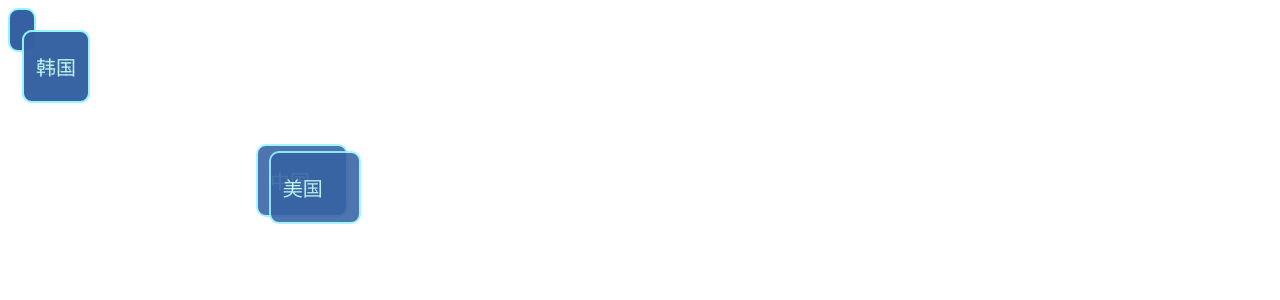
Repository: chjyume/zhongyi
Page: test.html
These files come from the project's save history. The page is drawn as it stood at one moment and after the next save; the edit follows.
The browser window is 1280 px wide. The pictures show the whole page.

Above is the page before, as saved 2023-06-29 10:10:47.

After the next save:
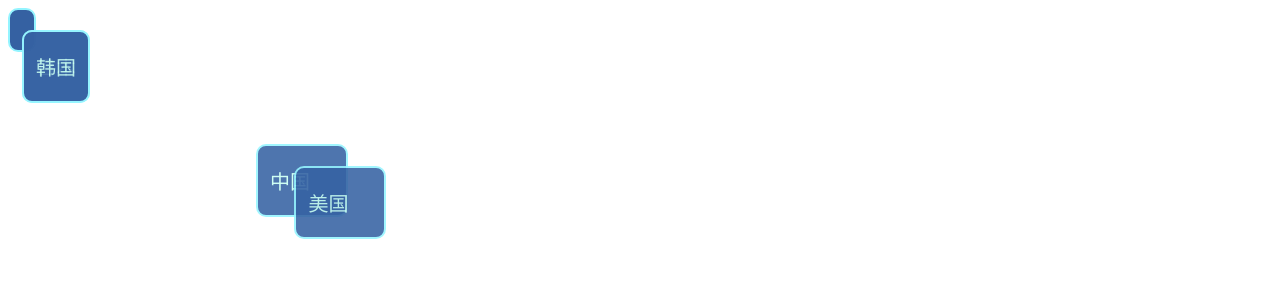
Saved 25 s later.
--- a/test.html
+++ b/test.html
@@ -20,8 +20,8 @@
   }
   .t2{
     width: calc(5%);
-    top: calc(21%);
-    left: calc(21%);
+    top: calc(23%);
+    left: calc(23%);
   }
     </style>
   </head>
